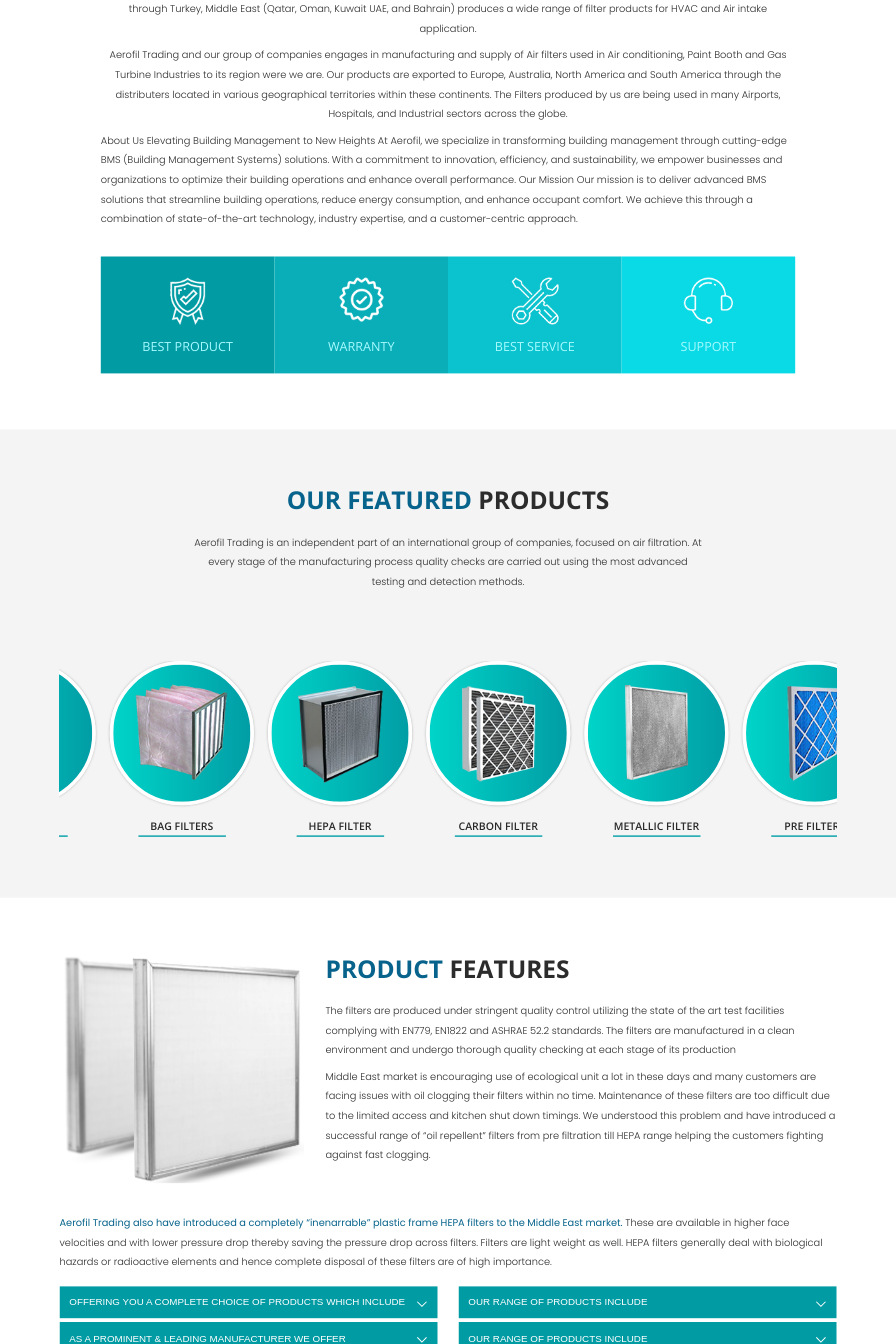
Repository: aslamvrtly/aerofil
Page: index.html
The author's editor kept a copy of each file at every save. The page is drawn from the files as they stood at one save, then again after the next save.
The browser window is 1280 px wide. The pictures show the part of the page from y = 919 to 2839 px (the page is 4638 px tall before and 4676 px after), at 70% of full size.

Above is the page before, as saved 2024-09-04 21:01:58.

After the next save:
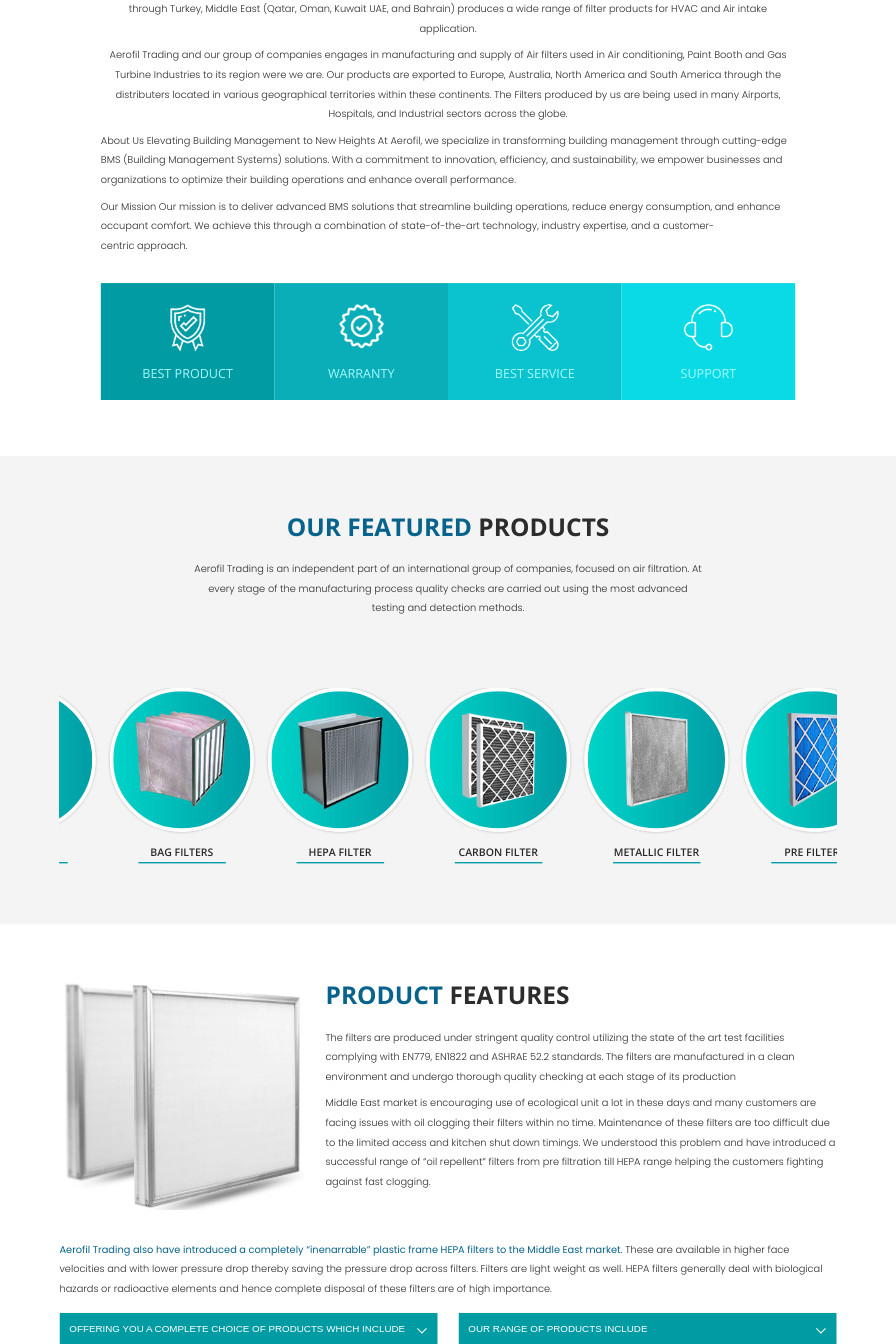
Saved 4 s later.
--- a/index.html
+++ b/index.html
@@ -186,7 +186,7 @@
 						At Aerofil, we specialize in transforming building management through cutting-edge BMS (Building
 						Management Systems) solutions. With a commitment to innovation, efficiency, and sustainability,
 						we empower businesses and organizations to optimize their building operations and enhance
-						overall performance.
+						overall performance.</p>
 
 						Our Mission
 						Our mission is to deliver advanced BMS solutions that streamline building operations, reduce
